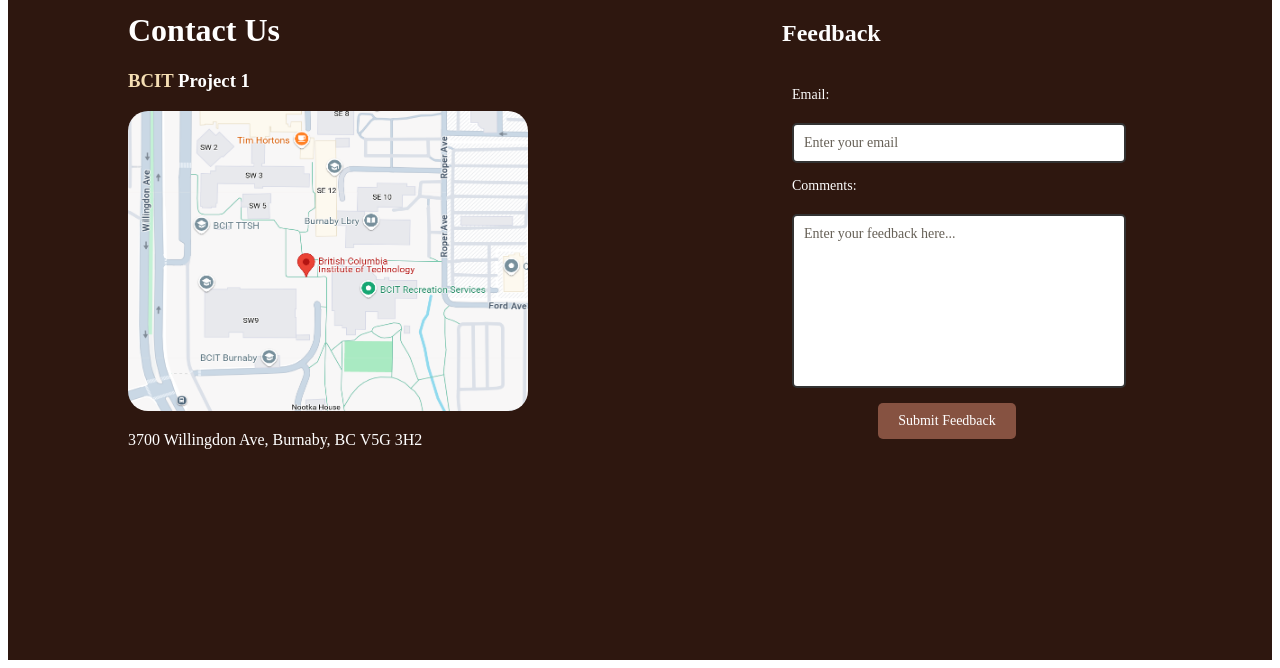
Repository: AlyssaHug/Bandit-Breakout
Page: index.html
These files come from the project's save history. The page is drawn as it stood at one moment and after the next save; the edit follows.
The browser window is 1280 px wide. The pictures show the part of the page from y = 514 to 1182 px (the page is 1182 px tall).
A picture or video elsewhere on the page could not be fetched, so the positions and the page height are approximate. Some web fonts or font styles are not loaded; a fallback is used.

Above is the page before, as saved 2025-05-08 23:49:01.

### index.html
<!DOCTYPE html>
<html lang="en">
    <head>
        <meta charset="UTF-8" />
        <meta
            name="viewport"
            content="width=device-width, initial-scale=1.0" />
        <link
            rel="stylesheet"
            href="styles.css" />
        <title>Bandit Breakout</title>
    </head>
    <body>
        <header></header>
        <main>
            <div class="download">
                <img
                    src="img/QR.png"
                    alt="QR Code" />
                <img
                    class="download-now"
                    src="img/Icons/app-store-apple-com.svg"
                    alt="Download Now" />
                <img
                    class="download-now"
                    src="img/Icons/google-play-badge-com.svg"
                    alt="Download Now" />
            </div>
            <div class="Contact-us-apps">
                <img
                    src="/img/Icons/discord.svg"
                    alt="Discord" />
                <img
                    src="/img/Icons/instagram.svg"
                    alt="Instagram" />
                <img
                    src="/img/Icons/facebook.svg"
                    alt="Facebook" />
                <img
                    src="/img/Icons/twitter.svg"
                    alt="Twitter" />
                <img
                    src="/img/Icons/youtube.svg"
                    alt="Youtube" />
                <img
                    src="/img/Icons/tiktok.svg"
                    alt="Tiktok" />
                <img
                    src="/img/Icons/twitch.svg"
                    alt="Twitch" />
                <img
                    src="/img/Icons/reddit.svg"
                    alt="Reddit" />
            </div>
        </main>
        <footer>
            <div class="Contact-us">
                <h1>Contact Us</h1>
                <h3>
                    <a
                        href="https://www.bcit.ca"
                        target="_blank"
                        >BCIT</a
                    >
                    Project 1
                </h3>
                <img
                    class="bcit-map"
                    src="img/BCIT.png"
                    alt="BCIT Map" />
                <p>3700 Willingdon Ave, Burnaby, BC V5G 3H2</p>
            </div>
            <section class="feedback-section">
                <h1 class="feedback-title">Feedback</h1>
                <div class="feedback">
                    <div class="feedback-form">
                        <label for="feedback-email">Email:</label>
                        <input
                            type="email"
                            id="feedback-email"
                            class="feedback-email"
                            placeholder="Enter your email" />

                        <label for="feedback-text">Comments:</label>
                        <textarea
                            id="feedback-text"
                            class="feedback-text"
                            placeholder="Enter your feedback here..."
                            rows="6"
                            cols="40"></textarea>

                        <button
                            type="submit"
                            class="feedback-button">
                            Submit Feedback
                        </button>
                    </div>
                </div>
            </section>
        </footer>
    </body>
</html>

### styles.css
@import url("https://fonts.googleapis.com/css2?family=Wellfleet&display=swap");

@font-face {
    font-family: "Western Bang Bang";
    src: url("fonts/WesternBangBang.ttf") format("truetype");
    font-weight: normal;
    font-style: normal;
}

:root {
    /* Font Families */
    --font-western: "Western Bang Bang", sans-serif;
    --font-wellfleet: "Wellfleet", serif;

    /* Font Sizes */
    --font-size-h1: 48px;
    --font-size-h2: 36px;
    --font-size-h3: 32px;
    --font-size-h4: 24px;
    --font-size-body: 14px;
    --font-size-caption: 11px;
}
.download {
    max-width: 10%;
    display: flex;
    justify-content: space-between;
    margin-left: 540px;
}

.download img {
    width: 100%;
    height: auto;
    margin: 20px;
    align-items: center;
    border-radius: 20px;
}

.Contact-us-apps {
    display: flex;
    justify-content: space-between;
    align-items: center;
    background-color: rgb(134, 82, 65);

    padding: 10px 10px 10px 10px;
}
.bcit-map {
    width: 400px;
    height: 300px;
    align-items: left;
    border-radius: 20px;
}
.Contact-us {
    padding: 10px 0 0 20px;
    font-family: var(--font-wellfleet);
    text-align: left;
    color: white;
    margin-left: 100px;
}
footer {
    background-color: rgb(46, 23, 15);
    min-height: 680px;
    width: 100%;
    height: auto;
    margin: 0;
    padding: 0;
    display: flex;
    justify-content: space-between;
}
.feedback-title {
    margin-left: 20px;
}
.feedback-section {
    font-family: var(--font-wellfleet);
    color: rgb(253, 253, 253);
    padding-top: 20px;
    margin-left: auto;
    margin-right: 100px;
}
.feedback {
    padding-left: 10px;
    border-radius: 20px;
    width: 400px;
    height: 300px;
}

.feedback-form {
    display: flex;
    flex-direction: column;
    gap: 15px;
    padding: 20px;
    align-items: flex-start;
    margin-right: 50px;
}

.feedback-form label {
    color: rgb(253, 253, 253);
    font-family: var(--font-wellfleet);
    font-size: var(--font-size-body);
    margin-bottom: 5px;
    align-self: flex-start;
}

.feedback-email {
    width: 100%;
    padding: 10px;
    border: 2px solid #333;
    border-radius: 5px;
    font-family: var(--font-wellfleet);
    font-size: var(--font-size-body);
    background-color: rgb(255, 255, 255);
    color: rgb(38, 29, 15);
}

.feedback-email::placeholder {
    color: rgb(38, 29, 15);
    opacity: 0.7;
}

.feedback-text {
    width: 100%;
    height: 150px;
    padding: 10px;
    border: 2px solid #333;
    border-radius: 5px;
    font-family: var(--font-wellfleet);
    font-size: var(--font-size-body);
    resize: none;
    background-color: rgb(255, 255, 255);
    color: rgb(38, 29, 15);
}

.feedback-text::placeholder {
    color: rgb(38, 29, 15);
    opacity: 0.7;
}

.feedback-button {
    width: auto;
    padding: 10px 20px;
    background-color: rgb(134, 82, 65);
    color: rgb(255, 255, 255);
    border: none;
    border-radius: 5px;
    font-family: var(--font-wellfleet);
    font-size: var(--font-size-body);
    cursor: pointer;
    transition: background-color 0.3s ease;
    align-self: center;
}

.feedback-button:hover {
    background-color: #8e5800;
}

.Contact-us a {
    color: wheat;
    text-decoration: none;
    transition: color 0.3s ease;
}

.Contact-us a:hover {
    color: #8e5800; /* Darker shade for hover effect */
    text-decoration: underline;
}

After the next save:
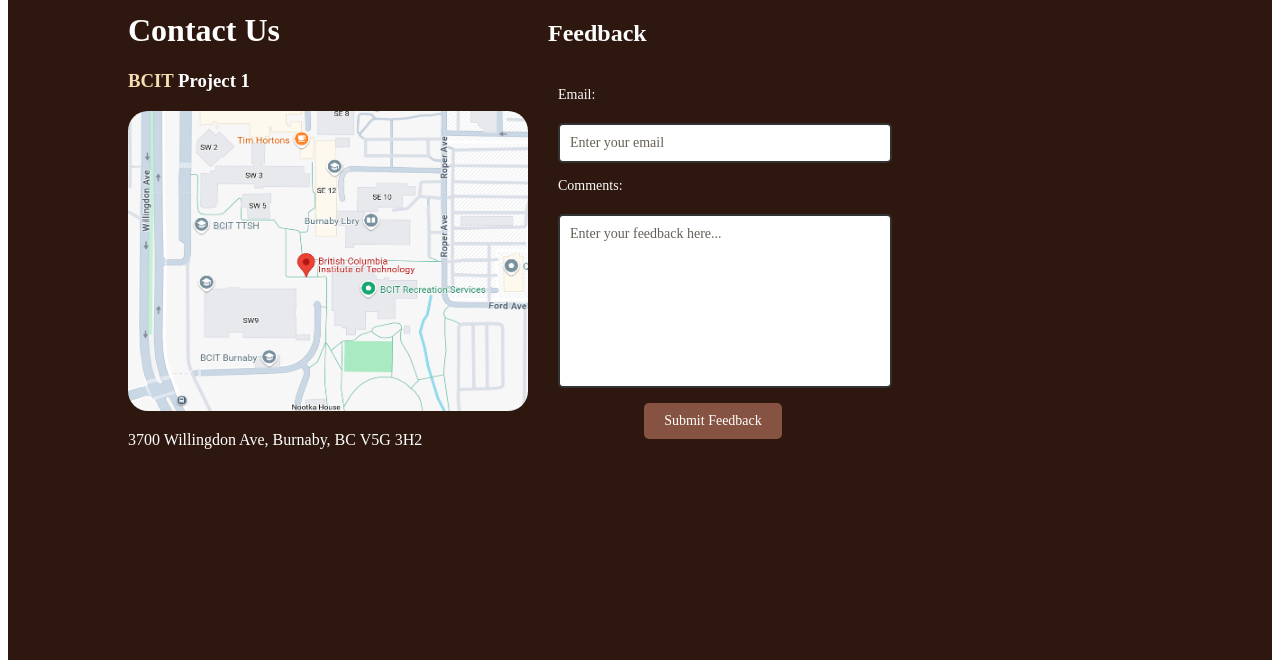
Saved 5 s later.
--- a/styles.css
+++ b/styles.css
@@ -74,7 +74,7 @@
     color: rgb(253, 253, 253);
     padding-top: 20px;
     margin-left: auto;
-    margin-right: 100px;
+    margin-right: 500px;
 }
 .feedback {
     padding-left: 10px;
